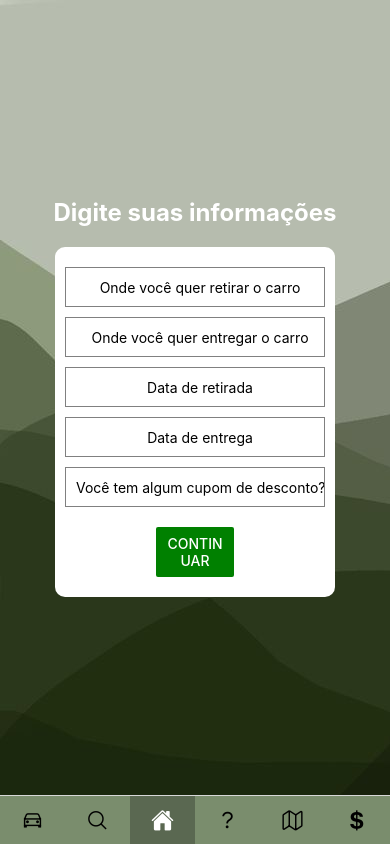
Repository: GabrielAron/EcoWheels
Page: /Home
An editor plug-in stored every save of this project. The page is shown before and after the next save, followed by the edit.
The browser window is 390 px wide. The pictures show the whole page.
The app was drawn by React Native's web renderer in a window 390 px wide. The project was rebuilt for these pictures with package versions that can differ from the ones it lists, and the page was loaded fresh each time. Also part of the build but not shown: src/Paginas/Carros/index.js, src/Paginas/Ajuda/index.js, src/Paginas/Mapa/index.js, src/Paginas/Pagamento/pagamento.js.

Above is the page before, as saved 2023-11-24 15:22:51.

### App.js
import React from 'react';
import Routes from './src/Paginas/routes';
import { ReservaProvider } from './src/Paginas/ReservaContext';


function App() {
  return (
    <ReservaProvider>
      <Routes />
    </ReservaProvider>
  );
}

export default App;

### src/Paginas/routes.js
import React from 'react';
import { createBottomTabNavigator } from '@react-navigation/bottom-tabs';
import { NavigationContainer } from '@react-navigation/native';
import { Ionicons } from '@expo/vector-icons';

import Home from './Home';
import Explorar from './Carros';
import Ajuda from './Ajuda';
import Reservas from './Locacoes';
import Recarga from './Mapa';
import Pagamento from './Pagamento/pagamento';

const Tab = createBottomTabNavigator();

export default function Routes() {
  return (
    <NavigationContainer>
      <Tab.Navigator
        tabBarOptions={{
          showLabel: false,
          inactiveBackgroundColor: '#7A8D6D',
          activeBackgroundColor: '#5A6851',
        }}
        style={{
          position: 'absolute',
          backgroundColor: '#7A8D6D',
          height: 100,
        }}
      >
        <Tab.Screen
          name="Reservas"
          component={Reservas}
          options={{
            headerShown: false,
            tabBarIcon: ({ color, size, focused }) => {
              if (focused) {
                return <Ionicons name="md-car" size={23} color="#FFF" />;
              } else {
                return <Ionicons name="md-car-outline" size={23} color="#000000" />;
              }
            },
          }}
        />
        <Tab.Screen
          name="Explorar"
          component={Explorar}
          options={{
            headerShown: false,
            tabBarIcon: ({ color, size, focused }) => {
              if (focused) {
                return <Ionicons name="md-search" size={23} color="#FFF" />;
              } else {
                return <Ionicons name="md-search-outline" size={23} color="#000000" />;
              }
            },
          }}
        />
        <Tab.Screen
          name="Home"
          component={Home}
          options={{
            headerShown: false,
            tabBarIcon: ({ color, size, focused }) => {
              if (focused) {
                return <Ionicons name="md-home" size={23} color="#FFF" />;
              } else {
                return <Ionicons name="md-home-outline" size={23} color="#000000" />;
              }
            },
          }}
        />
        <Tab.Screen
          name="Ajuda"
          component={Ajuda}
          options={{
            headerShown: false,
            tabBarIcon: ({ color, size, focused }) => {
              if (focused) {
                return <Ionicons name="md-help" size={23} color="#FFF" />;
              } else {
                return <Ionicons name="md-help-outline" size={23} color="#000000" />;
              }
            },
          }}
        />
        <Tab.Screen
          name="Recarga"
          component={Recarga}
          options={{
            headerShown: false,
            tabBarIcon: ({ color, size, focused }) => {
              if (focused) {
                return <Ionicons name="md-map" size={23} color="#FFF" />;
              } else {
                return <Ionicons name="md-map-outline" size={23} color="#000000" />;
              }
            },
          }}
        />
         <Tab.Screen
          name="Pagamento"
          component={Pagamento}
          options={{
            headerShown: false,
            tabBarIcon: ({ color, size, focused }) => {
              if (focused) {
                return <Ionicons name="logo-usd" size={23} color="#FFF" />;

              } else {
                return <Ionicons name="logo-usd" size={23} color="#000000" />;
              }
            },
          }}
        />
      </Tab.Navigator>
    </NavigationContainer>
  );
}

### src/Paginas/ReservaContext.js
import React, { createContext, useState } from 'react';

export const ReservaContext = createContext();

export const ReservaProvider = ({ children }) => {
  const [reservas, setReservas] = useState([]);

  return (
    <ReservaContext.Provider value={{ reservas, setReservas }}>
      {children}
    </ReservaContext.Provider>
  );
};

### src/Paginas/Home/index.js
import React, { useState } from 'react';
import { View, Text, TextInput, Button, StyleSheet, ImageBackground, Modal, TouchableOpacity } from 'react-native';
import Fundo from '/imagens/fundoverde.jpg';

export default function Home() {
  const [date, setDate] = useState('');
  const [returnDate, setReturnDate] = useState('');
  const [showModal, setShowModal] = useState(false);

  const handleDateChange = (text) => {
    // Remover caracteres não numéricos
    const numericText = text.replace(/[^0-9]/g, '');

    // Adicionar barras para formar uma data
    let formattedText = numericText.replace(/(\d{2})(\d{2})(\d{4})/, '$1/$2/$3');

    // Limitar o comprimento
    formattedText = formattedText.substring(0, 10);

    setDate(formattedText);
  };

  const handleReturnDateChange = (text) => {
    // Remover caracteres não numéricos
    const numericText = text.replace(/[^0-9]/g, '');

    // Adicionar barras para formar uma data
    let formattedText = numericText.replace(/(\d{2})(\d{2})(\d{4})/, '$1/$2/$3');

    // Limitar o comprimento
    formattedText = formattedText.substring(0, 10);

    setReturnDate(formattedText);
  };

  const handleContinue = () => {
    if (date.trim() === '' || returnDate.trim() === '') {
      setShowModal(true);
    } else {
      // Lógica para continuar para a próxima tela
    }
  };

  return (
    <ImageBackground source={Fundo} style={styles.image}>
      <View style={styles.container}>
        <Text style={styles.title}>Digite suas informações</Text>
        <View style={styles.formContainer}>
          <TextInput style={styles.input} placeholder="Onde você quer retirar o carro" />
          <TextInput style={styles.input} placeholder="Onde você quer entregar o carro" />
          <TextInput style={styles.input} placeholder="Data de retirada" keyboardType="numeric" value={date} onChangeText={handleDateChange} />
          <TextInput style={styles.input} placeholder="Data de entrega" keyboardType="numeric" value={returnDate} onChangeText={handleReturnDateChange} />
          <TextInput style={styles.input} placeholder="Você tem algum cupom de desconto?" />
          <View style={styles.buttonContainer}>
            <Button title="Continuar" onPress={handleContinue} color="green" />
          </View>
        </View>
        <Modal visible={showModal} animationType="fade" transparent>
          <View style={styles.modalContainer}>
            <View style={styles.modalContent}>
              <Text style={styles.modalText}>Preencha todos os campos corretamente!</Text>
              <TouchableOpacity style={styles.modalButton} onPress={() => setShowModal(false)}>
                <Text style={styles.modalButtonText}>OK</Text>
              </TouchableOpacity>
            </View>
          </View>
        </Modal>
      </View>
    </ImageBackground>
  );
}

const styles = StyleSheet.create({
  container: {
    flex: 1,
    justifyContent: 'center',
    padding: 20,
  },
  image: {
    flex: 1,
    resizeMode: 'cover',
    justifyContent: 'center',
  },
  title: {
    fontSize: 24,
    fontWeight: 'bold',
    textAlign: 'center',
    marginBottom: 20,
    color: '#fff',
  },
  input: {
    height: 40,
    borderColor: 'gray',
    borderWidth: 1,
    marginBottom: 10,
    paddingLeft: 10,
    textAlign: 'center',
  },
  formContainer: {
    backgroundColor: 'white',
    borderRadius: 10,
    padding: 10,
    width: '80%', // Tornar o card menos largo
    alignSelf: 'center',
    paddingVertical: 20, // Aumentar a altura vertical
  },
  buttonContainer: {
  width: '30%',
  alignSelf: 'center',
  marginTop: 10,
},
modalContainer: {
  flex: 1,
  justifyContent: 'center',
  alignItems: 'center',
  backgroundColor: 'rgba(0, 0, 0, 0.5)',
},
modalContent: {
  backgroundColor: 'white',
  borderRadius: 10,
  padding: 20,
  alignItems: 'center',
  elevation: 5,
},
modalText: {
  fontSize: 18,
  marginBottom: 20,
},
modalButton: {
  backgroundColor: 'green',
  borderRadius: 5,
  paddingVertical: 10,
  paddingHorizontal: 20,
},
modalButtonText: {
  color: 'white',
  fontWeight: 'bold',
  fontSize: 16,
},
});

### src/Paginas/Locacoes/index.js
import React, { useState, useContext } from 'react';
import { View, Text, ImageBackground, Button, StyleSheet, ScrollView, Modal, Alert } from 'react-native';
import Fundo from '/imagens/fundoverde.jpg';
import { ReservaContext } from '../ReservaContext'; // Atualize o caminho conforme necessário

const Card = ({ id, title, image }) => {
  const [modalVisible, setModalVisible] = useState(false);
  const { reservas, setReservas } = useContext(ReservaContext);
  const [carros, setCarros] = useState([

      { id: 1, title: "QUALIDADE PARA UM CONFORTO E ÓTIMO PASSEIO - Exquisite Cruiser 1.8", image: "https://cdn.leonardo.ai/users/cf8d0bec-5da3-4e6a-aed2-13735b2a6925/generations/a40b4ef5-35ec-4e32-a5ff-cc2ef5e85345/PhotoReal_make_a_background_image_for_a_cell_phone_application_2.jpg?w=512" },
      { id: 2, title: "DESIGN E CONFORTO EM UM - Rider GT 3.0", image: "https://cdn.leonardo.ai/users/cf8d0bec-5da3-4e6a-aed2-13735b2a6925/generations/a40b4ef5-35ec-4e32-a5ff-cc2ef5e85345/PhotoReal_make_a_background_image_for_a_cell_phone_application_3.jpg?w=512" },
      { id: 3, title: "FORÇA PARA DESAFIOS OFF-Road - Viper GT 3.0 ", image: "https://cdn.leonardo.ai/users/cf8d0bec-5da3-4e6a-aed2-13735b2a6925/generations/a0fe3adc-2c2f-4336-bc49-e57599170dd1/PhotoReal_faa_um_hummer_eltrico_novo_andando_por_uma_cidade_3.jpg?w=512" },
      { id: 4, title: "UM CARRO ANTIGO E ESTILOSO PARA OS AMANTES DE CLÁSSICOS - Bentley 1.8", image: "https://cdn.leonardo.ai/users/cf8d0bec-5da3-4e6a-aed2-13735b2a6925/generations/c6457b66-6149-4c4d-8408-99c27071dc1e/PhotoReal_faa_um_carro_eletrico_executivo_andando_por_uma_cida_0.jpg?w=512" },
      { id: 5, title: "UM CARRO VERSÁTIL QUE ATENDE A TODAS AS NECESSIDADES FLEXUS X 1.0", image: "https://cdn.leonardo.ai/users/cf8d0bec-5da3-4e6a-aed2-13735b2a6925/generations/f62f0f84-2ea5-4c9d-a4e3-33ade848f3b2/PhotoReal_make_a_background_image_for_a_cell_phone_application_3.jpg?w=512" },
      { id: 6, title: "UMA OPÇÃO PERFEITA PARA QUEM BUSCA PRATICIDADE E CONFORTO - LUXURY DRIVE 1.6", image: "https://cdn.leonardo.ai/users/cf8d0bec-5da3-4e6a-aed2-13735b2a6925/generations/589507b8-d87b-4a85-b05e-c325ccebd6b6/PhotoReal_make_a_background_image_for_a_cell_phone_application_1.jpg?w=512" },
      { id: 7, title: "UM CARRO ESPORTIVO COM DESEMPENHO DE ALTA POTÊNCIA Vortex GT 5.0", image: "https://fotos-jornaldocarro-estadao.nyc3.cdn.digitaloceanspaces.com/wp-content/uploads/2023/01/13072602/Carro_esportivo.jpg" },
    ]);


  return (
    <View style={styles.card}>
      <ImageBackground source={{ uri: image }} style={styles.image}>
        <View style={styles.content}>
          <Text style={styles.title}>{title}</Text>
          <Button title="Reservar" onPress={() => setModalVisible(true)} />
        </View>
      </ImageBackground>

      <Modal
        animationType="slide"
        transparent={true}
        visible={modalVisible}
        onRequestClose={() => {
          Alert.alert("Modal has been closed.");
          setModalVisible(!modalVisible);
        }}
      >
        <View style={styles.centeredView}>
          <View style={styles.modalView}>
            <Text style={styles.modalText}>Deseja mesmo reservar o carro?</Text>

            <Button
              style={[styles.button, styles.buttonClose]}
              onPress={() => {
                setReservas([...reservas, { id, title, image }]);
                setCarros(carros.filter(carro => carro.id !== id));
                setModalVisible(!modalVisible);
              }}
              title="Sim"
            />
            <Button
              style={[styles.button, styles.buttonCancel]}
              onPress={() => setModalVisible(!modalVisible)}
              title="Não"
            />
          </View>
        </View>
      </Modal>
    </View>
  );
};

export default function Reservas() {
  return (
    <View style={styles.container}>
      <ImageBackground source={Fundo} style={styles.image}>
        <Text style={styles.text}>Carros</Text>
        <View style={styles.cardContainer}>
          <ScrollView showsVerticalScrollIndicator={false}>
            <Card id={1} title="QUALIDADE PARA UM CONFORTO E ÓTIMO PASSEIO - Exquisite Cruiser 1.8" image="https://cdn.leonardo.ai/users/cf8d0bec-5da3-4e6a-aed2-13735b2a6925/generations/a40b4ef5-35ec-4e32-a5ff-cc2ef5e85345/PhotoReal_make_a_background_image_for_a_cell_phone_application_2.jpg?w=512" />
            <Card id={2} title="DESIGN E CONFORTO EM UM - Rider GT 3.0" image="https://cdn.leonardo.ai/users/cf8d0bec-5da3-4e6a-aed2-13735b2a6925/generations/a40b4ef5-35ec-4e32-a5ff-cc2ef5e85345/PhotoReal_make_a_background_image_for_a_cell_phone_application_3.jpg?w=512" />
            <Card id={3} title="FORÇA PARA DESAFIOS OFF-Road - Viper GT 3.0 " image="https://cdn.leonardo.ai/users/cf8d0bec-5da3-4e6a-aed2-13735b2a6925/generations/a0fe3adc-2c2f-4336-bc49-e57599170dd1/PhotoReal_faa_um_hummer_eltrico_novo_andando_por_uma_cidade_3.jpg?w=512" />
            <Card id={4} title="UM CARRO ANTIGO E ESTILOSO PARA OS AMANTES DE CLÁSSICOS - Bentley 1.8" image="https://cdn.leonardo.ai/users/cf8d0bec-5da3-4e6a-aed2-13735b2a6925/generations/c6457b66-6149-4c4d-8408-99c27071dc1e/PhotoReal_faa_um_carro_eletrico_executivo_andando_por_uma_cida_0.jpg?w=512" />
            <Card id={5} title="UM CARRO VERSÁTIL QUE ATENDE A TODAS AS NECESSIDADES FLEXUS X 1.0" image="https://cdn.leonardo.ai/users/cf8d0bec-5da3-4e6a-aed2-13735b2a6925/generations/f62f0f84-2ea5-4c9d-a4e3-33ade848f3b2/PhotoReal_make_a_background_image_for_a_cell_phone_application_3.jpg?w=512" />
            <Card id={6} title="UMA OPÇÃO PERFEITA PARA QUEM BUSCA PRATICIDADE E CONFORTO - LUXURY DRIVE 1.6" image="https://cdn.leonardo.ai/users/cf8d0bec-5da3-4e6a-aed2-13735b2a6925/generations/589507b8-d87b-4a85-b05e-c325ccebd6b6/PhotoReal_make_a_background_image_for_a_cell_phone_application_1.jpg?w=512" />
            <Card id={7} title="UM CARRO ESPORTIVO COM DESEMPENHO DE ALTA POTÊNCIA Vortex GT 5.0" image="https://fotos-jornaldocarro-estadao.nyc3.cdn.digitaloceanspaces.com/wp-content/uploads/2023/01/13072602/Carro_esportivo.jpg" />
          </ScrollView>
        </View>
      </ImageBackground>
    </View>
  );
}


const styles = StyleSheet.create({
  container: {
    flex: 1,
  },
  image: {
    flex: 1,
    resizeMode: 'cover',
    justifyContent: 'center',
  },
  text: {
    color: '#fffbff',
    fontSize: 36,
    position: 'absolute',
    top: 50,
    left: 0,
    right: 0,
    fontWeight: 'bold',
    textAlign: 'center',
  },
  cardContainer: {
    flex: 1,
    alignItems: 'center',
    justifyContent: 'center',
    paddingTop: 200,
    paddingLeft: 75,
  },
  card: {
    width: '90%',
    height: 200,
    marginBottom: 45,
    borderRadius: 10,
    overflow: 'hidden',
  },
  image: {
    flex: 1,
    resizeMode: 'cover',
    justifyContent: 'center',
  },
  content: {
    padding: 10,
    alignItems: 'center',
    justifyContent: 'center',
  },
  title: {
    fontSize: 16,
    fontWeight: 'bold',
    color: '#fffbff',
  },
  overlay: {
    ...StyleSheet.absoluteFillObject,
    backgroundColor: 'rgba(128, 128, 128, 0.5)',
  },
  centeredView: {
    flex: 1,
    justifyContent: "center",
    alignItems: "center",
    marginTop: 22
  },
  modalView: {
    margin: 20,
    backgroundColor: "white",
    borderRadius: 20,
    padding: 35,
    alignItems: "center",
    shadowColor: "#000",
    shadowOffset: {
      width: 0,
      height: 2
    },
    shadowOpacity: 0.25,
    shadowRadius: 4,
    elevation: 5
  },
  button: {
    borderRadius: 20,
    padding: 10,
    elevation: 2
  },
  buttonClose: {
    backgroundColor: "#2196F3",
  },
  buttonCancel: {
    backgroundColor: "#f00",
  },
  modalText: {
    marginBottom: 15,
    textAlign: "center"
  }
});

After the next save:
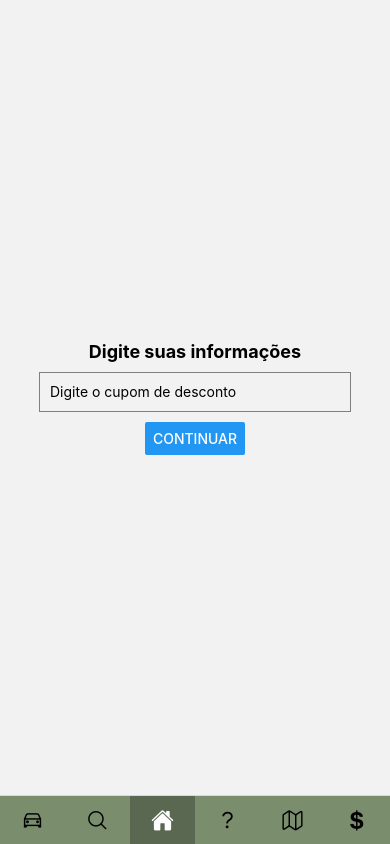
Saved 11 min 55 s later.
--- a/src/Paginas/Home/index.js
+++ b/src/Paginas/Home/index.js
@@ -3,70 +3,40 @@
 import Fundo from '/imagens/fundoverde.jpg';
 
 export default function Home() {
-  const [date, setDate] = useState('');
-  const [returnDate, setReturnDate] = useState('');
-  const [showModal, setShowModal] = useState(false);
+  const [promoCode, setPromoCode] = useState('');
+  const [showAppliedModal, setShowAppliedModal] = useState(false);
 
-  const handleDateChange = (text) => {
-    // Remover caracteres não numéricos
-    const numericText = text.replace(/[^0-9]/g, '');
-
-    // Adicionar barras para formar uma data
-    let formattedText = numericText.replace(/(\d{2})(\d{2})(\d{4})/, '$1/$2/$3');
-
-    // Limitar o comprimento
-    formattedText = formattedText.substring(0, 10);
-
-    setDate(formattedText);
-  };
-
-  const handleReturnDateChange = (text) => {
-    // Remover caracteres não numéricos
-    const numericText = text.replace(/[^0-9]/g, '');
-
-    // Adicionar barras para formar uma data
-    let formattedText = numericText.replace(/(\d{2})(\d{2})(\d{4})/, '$1/$2/$3');
-
-    // Limitar o comprimento
-    formattedText = formattedText.substring(0, 10);
-
-    setReturnDate(formattedText);
+  const handlePromoCodeChange = (text) => {
+    setPromoCode(text);
   };
 
   const handleContinue = () => {
-    if (date.trim() === '' || returnDate.trim() === '') {
-      setShowModal(true);
-    } else {
-      // Lógica para continuar para a próxima tela
+    // Verificar o código do cupom
+    if (promoCode === 'CUPOM123') {
+      setShowAppliedModal(true);
     }
   };
 
   return (
-    <ImageBackground source={Fundo} style={styles.image}>
-      <View style={styles.container}>
-        <Text style={styles.title}>Digite suas informações</Text>
-        <View style={styles.formContainer}>
-          <TextInput style={styles.input} placeholder="Onde você quer retirar o carro" />
-          <TextInput style={styles.input} placeholder="Onde você quer entregar o carro" />
-          <TextInput style={styles.input} placeholder="Data de retirada" keyboardType="numeric" value={date} onChangeText={handleDateChange} />
-          <TextInput style={styles.input} placeholder="Data de entrega" keyboardType="numeric" value={returnDate} onChangeText={handleReturnDateChange} />
-          <TextInput style={styles.input} placeholder="Você tem algum cupom de desconto?" />
-          <View style={styles.buttonContainer}>
-            <Button title="Continuar" onPress={handleContinue} color="green" />
+    <View style={styles.container}>
+      <Text style={styles.title}>Digite suas informações</Text>
+      <TextInput
+        style={styles.input}
+        placeholder="Digite o cupom de desconto"
+        value={promoCode}
+        onChangeText={handlePromoCodeChange}
+      />
+      <Button title="Continuar" onPress={handleContinue} />
+
+      <Modal visible={showAppliedModal} animationType="fade" transparent>
+        <View style={styles.modalContainer}>
+          <View style={styles.modalContent}>
+            <Text style={styles.modalText}>Cupom de desconto aplicado!!!</Text>
+            <Button title="Fechar" onPress={() => setShowAppliedModal(false)} />
           </View>
         </View>
-        <Modal visible={showModal} animationType="fade" transparent>
-          <View style={styles.modalContainer}>
-            <View style={styles.modalContent}>
-              <Text style={styles.modalText}>Preencha todos os campos corretamente!</Text>
-              <TouchableOpacity style={styles.modalButton} onPress={() => setShowModal(false)}>
-                <Text style={styles.modalButtonText}>OK</Text>
-              </TouchableOpacity>
-            </View>
-          </View>
-        </Modal>
-      </View>
-    </ImageBackground>
+      </Modal>
+    </View>
   );
 }
 
@@ -74,67 +44,35 @@
   container: {
     flex: 1,
     justifyContent: 'center',
-    padding: 20,
-  },
-  image: {
-    flex: 1,
-    resizeMode: 'cover',
-    justifyContent: 'center',
+    alignItems: 'center',
   },
   title: {
-    fontSize: 24,
+    fontSize: 18,
     fontWeight: 'bold',
-    textAlign: 'center',
-    marginBottom: 20,
-    color: '#fff',
+    marginBottom: 10,
   },
   input: {
+    width: '80%',
     height: 40,
     borderColor: 'gray',
     borderWidth: 1,
+    paddingHorizontal: 10,
     marginBottom: 10,
-    paddingLeft: 10,
-    textAlign: 'center',
   },
-  formContainer: {
+  modalContainer: {
+    flex: 1,
+    justifyContent: 'center',
+    alignItems: 'center',
+    backgroundColor: 'rgba(0, 0, 0, 0.5)',
+  },
+  modalContent: {
     backgroundColor: 'white',
+    padding: 20,
     borderRadius: 10,
-    padding: 10,
-    width: '80%', // Tornar o card menos largo
-    alignSelf: 'center',
-    paddingVertical: 20, // Aumentar a altura vertical
+    alignItems: 'center',
   },
-  buttonContainer: {
-  width: '30%',
-  alignSelf: 'center',
-  marginTop: 10,
-},
-modalContainer: {
-  flex: 1,
-  justifyContent: 'center',
-  alignItems: 'center',
-  backgroundColor: 'rgba(0, 0, 0, 0.5)',
-},
-modalContent: {
-  backgroundColor: 'white',
-  borderRadius: 10,
-  padding: 20,
-  alignItems: 'center',
-  elevation: 5,
-},
-modalText: {
-  fontSize: 18,
-  marginBottom: 20,
-},
-modalButton: {
-  backgroundColor: 'green',
-  borderRadius: 5,
-  paddingVertical: 10,
-  paddingHorizontal: 20,
-},
-modalButtonText: {
-  color: 'white',
-  fontWeight: 'bold',
-  fontSize: 16,
-},
+  modalText: {
+    fontSize: 18,
+    marginBottom: 10,
+  },
 });

After the save that followed:
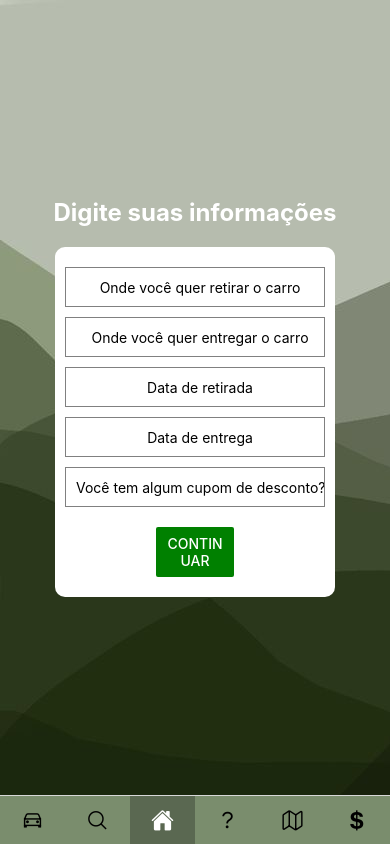
Saved 9 s later.
--- a/src/Paginas/Home/index.js
+++ b/src/Paginas/Home/index.js
@@ -3,40 +3,70 @@
 import Fundo from '/imagens/fundoverde.jpg';
 
 export default function Home() {
-  const [promoCode, setPromoCode] = useState('');
-  const [showAppliedModal, setShowAppliedModal] = useState(false);
+  const [date, setDate] = useState('');
+  const [returnDate, setReturnDate] = useState('');
+  const [showModal, setShowModal] = useState(false);
 
-  const handlePromoCodeChange = (text) => {
-    setPromoCode(text);
+  const handleDateChange = (text) => {
+    // Remover caracteres não numéricos
+    const numericText = text.replace(/[^0-9]/g, '');
+
+    // Adicionar barras para formar uma data
+    let formattedText = numericText.replace(/(\d{2})(\d{2})(\d{4})/, '$1/$2/$3');
+
+    // Limitar o comprimento
+    formattedText = formattedText.substring(0, 10);
+
+    setDate(formattedText);
+  };
+
+  const handleReturnDateChange = (text) => {
+    // Remover caracteres não numéricos
+    const numericText = text.replace(/[^0-9]/g, '');
+
+    // Adicionar barras para formar uma data
+    let formattedText = numericText.replace(/(\d{2})(\d{2})(\d{4})/, '$1/$2/$3');
+
+    // Limitar o comprimento
+    formattedText = formattedText.substring(0, 10);
+
+    setReturnDate(formattedText);
   };
 
   const handleContinue = () => {
-    // Verificar o código do cupom
-    if (promoCode === 'CUPOM123') {
-      setShowAppliedModal(true);
+    if (date.trim() === '' || returnDate.trim() === '') {
+      setShowModal(true);
+    } else {
+      // Lógica para continuar para a próxima tela
     }
   };
 
   return (
-    <View style={styles.container}>
-      <Text style={styles.title}>Digite suas informações</Text>
-      <TextInput
-        style={styles.input}
-        placeholder="Digite o cupom de desconto"
-        value={promoCode}
-        onChangeText={handlePromoCodeChange}
-      />
-      <Button title="Continuar" onPress={handleContinue} />
-
-      <Modal visible={showAppliedModal} animationType="fade" transparent>
-        <View style={styles.modalContainer}>
-          <View style={styles.modalContent}>
-            <Text style={styles.modalText}>Cupom de desconto aplicado!!!</Text>
-            <Button title="Fechar" onPress={() => setShowAppliedModal(false)} />
+    <ImageBackground source={Fundo} style={styles.image}>
+      <View style={styles.container}>
+        <Text style={styles.title}>Digite suas informações</Text>
+        <View style={styles.formContainer}>
+          <TextInput style={styles.input} placeholder="Onde você quer retirar o carro" />
+          <TextInput style={styles.input} placeholder="Onde você quer entregar o carro" />
+          <TextInput style={styles.input} placeholder="Data de retirada" keyboardType="numeric" value={date} onChangeText={handleDateChange} />
+          <TextInput style={styles.input} placeholder="Data de entrega" keyboardType="numeric" value={returnDate} onChangeText={handleReturnDateChange} />
+          <TextInput style={styles.input} placeholder="Você tem algum cupom de desconto?" />
+          <View style={styles.buttonContainer}>
+            <Button title="Continuar" onPress={handleContinue} color="green" />
           </View>
         </View>
-      </Modal>
-    </View>
+        <Modal visible={showModal} animationType="fade" transparent>
+          <View style={styles.modalContainer}>
+            <View style={styles.modalContent}>
+              <Text style={styles.modalText}>Preencha todos os campos corretamente!</Text>
+              <TouchableOpacity style={styles.modalButton} onPress={() => setShowModal(false)}>
+                <Text style={styles.modalButtonText}>OK</Text>
+              </TouchableOpacity>
+            </View>
+          </View>
+        </Modal>
+      </View>
+    </ImageBackground>
   );
 }
 
@@ -44,35 +74,67 @@
   container: {
     flex: 1,
     justifyContent: 'center',
-    alignItems: 'center',
+    padding: 20,
+  },
+  image: {
+    flex: 1,
+    resizeMode: 'cover',
+    justifyContent: 'center',
   },
   title: {
-    fontSize: 18,
+    fontSize: 24,
     fontWeight: 'bold',
-    marginBottom: 10,
+    textAlign: 'center',
+    marginBottom: 20,
+    color: '#fff',
   },
   input: {
-    width: '80%',
     height: 40,
     borderColor: 'gray',
     borderWidth: 1,
-    paddingHorizontal: 10,
     marginBottom: 10,
+    paddingLeft: 10,
+    textAlign: 'center',
   },
-  modalContainer: {
-    flex: 1,
-    justifyContent: 'center',
-    alignItems: 'center',
-    backgroundColor: 'rgba(0, 0, 0, 0.5)',
+  formContainer: {
+    backgroundColor: 'white',
+    borderRadius: 10,
+    padding: 10,
+    width: '80%', // Tornar o card menos largo
+    alignSelf: 'center',
+    paddingVertical: 20, // Aumentar a altura vertical
   },
-  modalContent: {
-    backgroundColor: 'white',
-    padding: 20,
-    borderRadius: 10,
-    alignItems: 'center',
-  },
-  modalText: {
-    fontSize: 18,
-    marginBottom: 10,
-  },
+  buttonContainer: {
+  width: '30%',
+  alignSelf: 'center',
+  marginTop: 10,
+},
+modalContainer: {
+  flex: 1,
+  justifyContent: 'center',
+  alignItems: 'center',
+  backgroundColor: 'rgba(0, 0, 0, 0.5)',
+},
+modalContent: {
+  backgroundColor: 'white',
+  borderRadius: 10,
+  padding: 20,
+  alignItems: 'center',
+  elevation: 5,
+},
+modalText: {
+  fontSize: 18,
+  marginBottom: 20,
+},
+modalButton: {
+  backgroundColor: 'green',
+  borderRadius: 5,
+  paddingVertical: 10,
+  paddingHorizontal: 20,
+},
+modalButtonText: {
+  color: 'white',
+  fontWeight: 'bold',
+  fontSize: 16,
+},
 });
